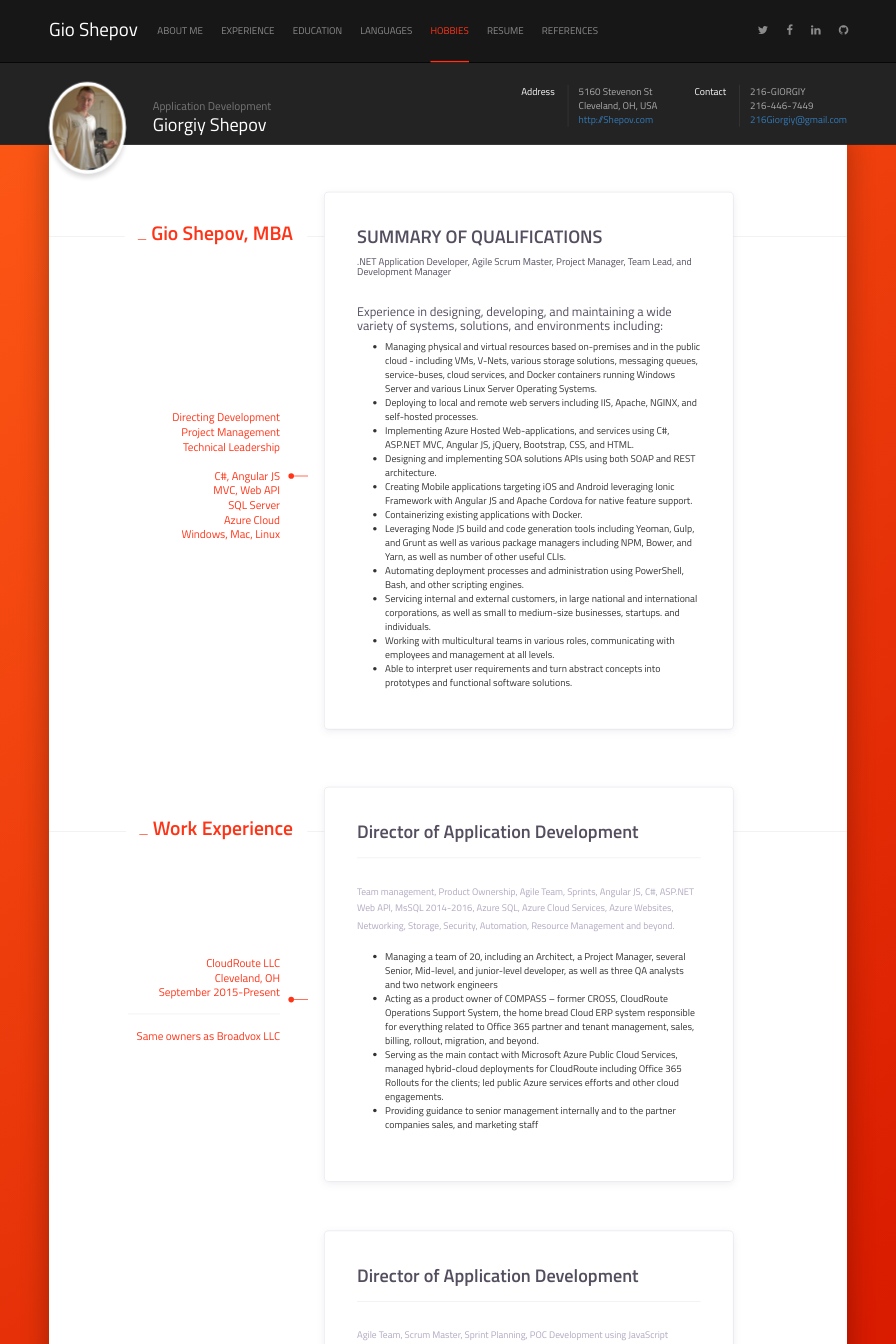
Repository: george-shepov/Shepov.com
Page: index.html
The author's editor kept a copy of each file at every save. The page is drawn from the files as they stood at one save, then again after the next save.
The browser window is 1280 px wide. The pictures show the part of the page from y = 0 to 1920 px (the page is 4806 px tall), at 70% of full size.
Some web libraries are served in a nearby version.

Above is the page before, as saved 2018-06-27 00:28:17.

After the next save:
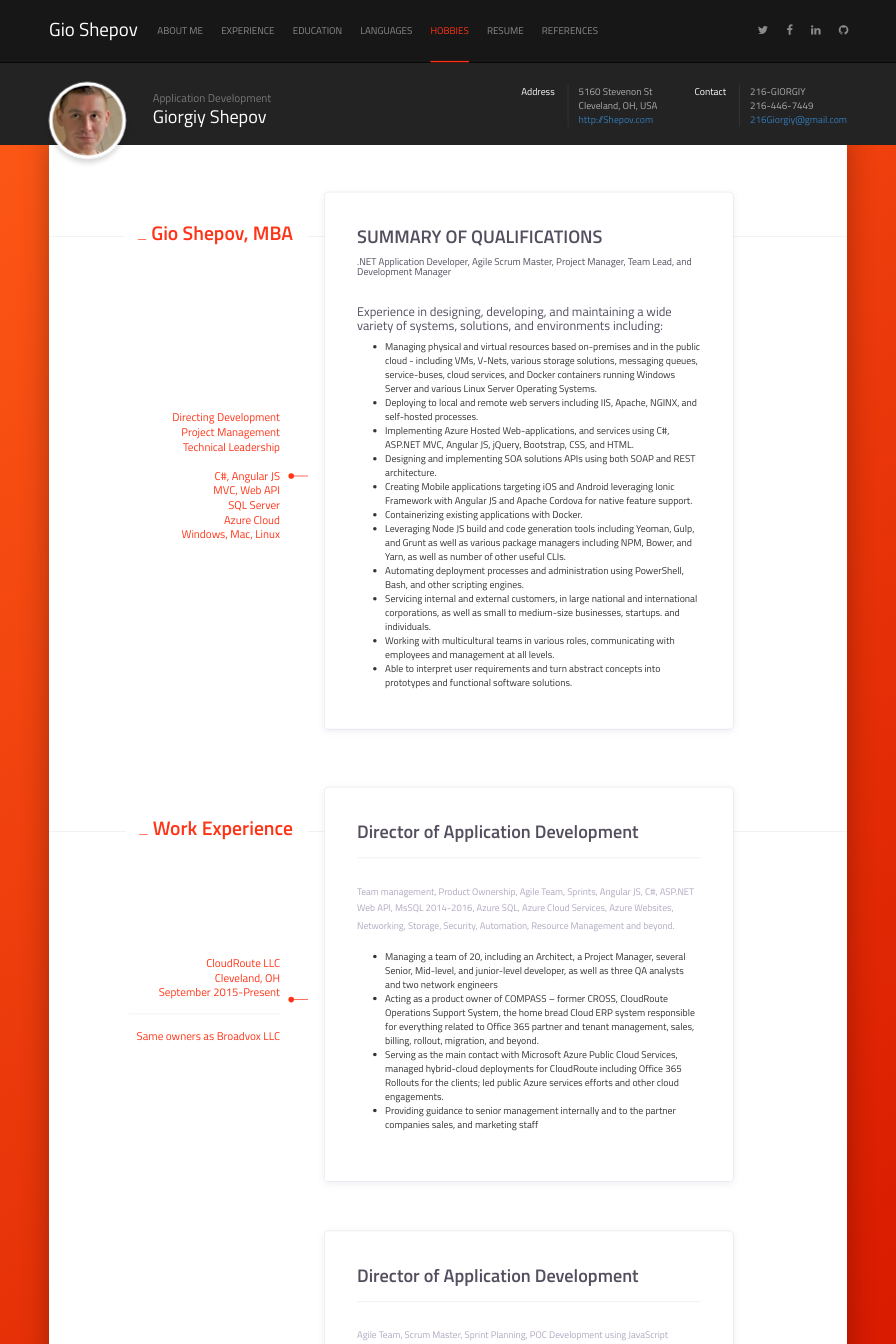
Saved 3 min 27 s later.
--- a/index.html
+++ b/index.html
@@ -73,7 +73,7 @@
                 <div class="col-md-5">
                     <div class="avatar">
                         <!--<img src="img/global-info/Gio-face.jpeg" alt="" class="img-responsive">-->
-                        <img src="img/global-info/Giomage.jpeg" alt="" class="img-responsive">
+                        <img src="img/global-info/Gio2.jpeg" alt="" class="img-responsive">
                     </div>
                     <div class="name-jobtitle">
                         <h2 class="title"><small>Application Development</small>Giorgiy Shepov</h2>
